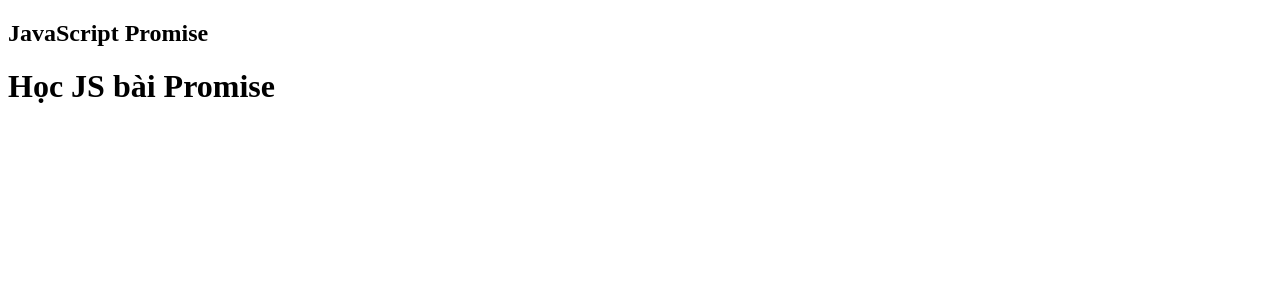
Repository: Toni3498/JsCourse
Page: asyncAwait/index.html
The author's editor kept a copy of each file at every save. The page is drawn from the files as they stood at one save, then again after the next save.
The browser window is 1280 px wide. The pictures show the whole page.
The page's requests for data from a server got no answer.

Above is the page before, as saved 2021-09-01 16:33:24.

After the next save:
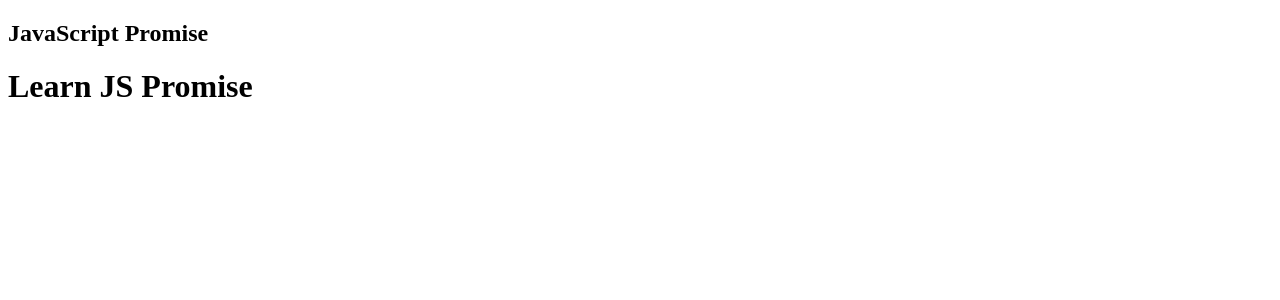
Saved 19 s later.
--- a/asyncAwait/index.html
+++ b/asyncAwait/index.html
@@ -2,7 +2,7 @@
 <html>
   <body>
     <h2>JavaScript Promise</h2>
-    <h1>Học JS bài Promise</h1>
+    <h1>Learn JS Promise</h1>
     <p id="demo"></p>
 
     <script>
